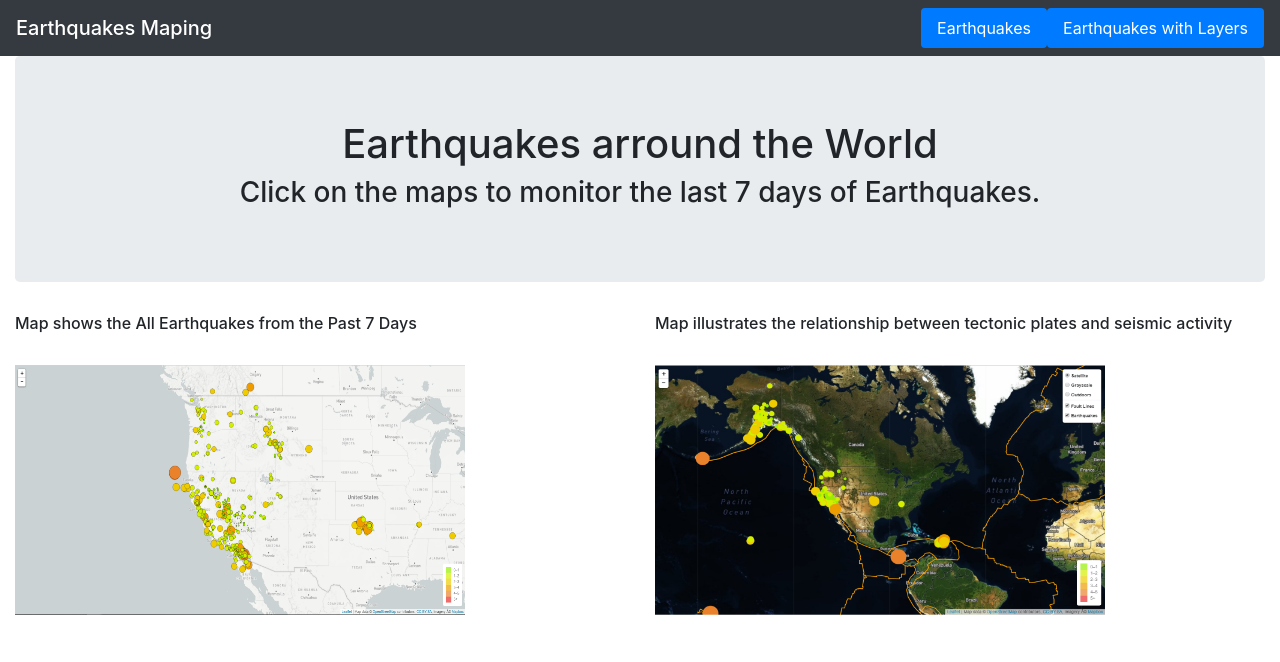
Repository: ermiasgelaye/leaflet-challenge
Page: index.html
The author's editor kept a copy of each file at every save. The page is drawn from the files as they stood at one save, then again after a run of saves.
The browser window is 1280 px wide. The pictures show the whole page.

Above is the page before, as saved 2020-09-18 21:46:04.

### index.html
<!DOCTYPE html>
<html lang="en">

<head>
    <meta charset="UTF-8" />
    <meta name="viewport" content="width=device-width, initial-scale=1.0" />
    <meta http-equiv="X-UA-Compatible" content="ie=edge" />
    <title>Earthquakes Challenge</title>
    <link rel="stylesheet" href="https://stackpath.bootstrapcdn.com/bootstrap/4.3.1/css/bootstrap.min.css" integrity="sha384-ggOyR0iXCbMQv3Xipma34MD+dH/1fQ784/j6cY/iJTQUOhcWr7x9JvoRxT2MZw1T" crossorigin="anonymous" />

    <!-- jQuery library -->
    <script src="https://ajax.googleapis.com/ajax/libs/jquery/3.4.1/jquery.min.js"></script>

    <!-- Latest compiled JavaScript -->
    <script src="https://maxcdn.bootstrapcdn.com/bootstrap/4.3.1/js/bootstrap.min.js"></script>
</head>

<body>
    <nav class="navbar navbar-dark bg-dark size_hide">
        <a href="index.html"><span class="navbar-brand mb-0 h1 back_color"
          >Earthquakes Maping</span
        ></a
      >

      <ul class="nav nav-pills">
        <li class="nav-item">
          <a class="nav-link active" href="Leaflet-Step-1/step-1.html"
            >Earthquakes</a
          >
        </li>
          <br>
        <li class="nav-item">
          <a class="nav-link active" href="Leaflet-Step-2/step-2.html"
            >Earthquakes with Layers</a
          >
        </li>
      </ul>
    </nav>
    <div class="container-fluid">
      <div class="jumbotron text-center">
        <h1>Earthquakes arround the World</h1>
        <h3>
          Click on the maps to monitor the last 7 days of Earthquakes.
        </h3>
      </div>
      <div class="row">
        <div class="col-lg-6">
          <h6>Map shows the All Earthquakes from the Past 7 Days</h6>
          <br />
          <a href="Leaflet-Step-1/step-1.html"
            ><img
              src="images/2-BasicMap.png"
              alt="Mapping without Layers"
              width="450"
              height="250"
          /></a>
        </div>
        <div class="col-lg-6">
            <h6>
                Map illustrates the relationship between tectonic plates and seismic activity
            </h6>
            <br />
            <a href="Leaflet-Step-2/step-2.html">
                <img src="images/5-Advanced.png" alt="Mapping with Layers" width="450" height="250" /></a>
        </div>
        </div>
        </div>
</body>

</html>

After the next 2 saves:
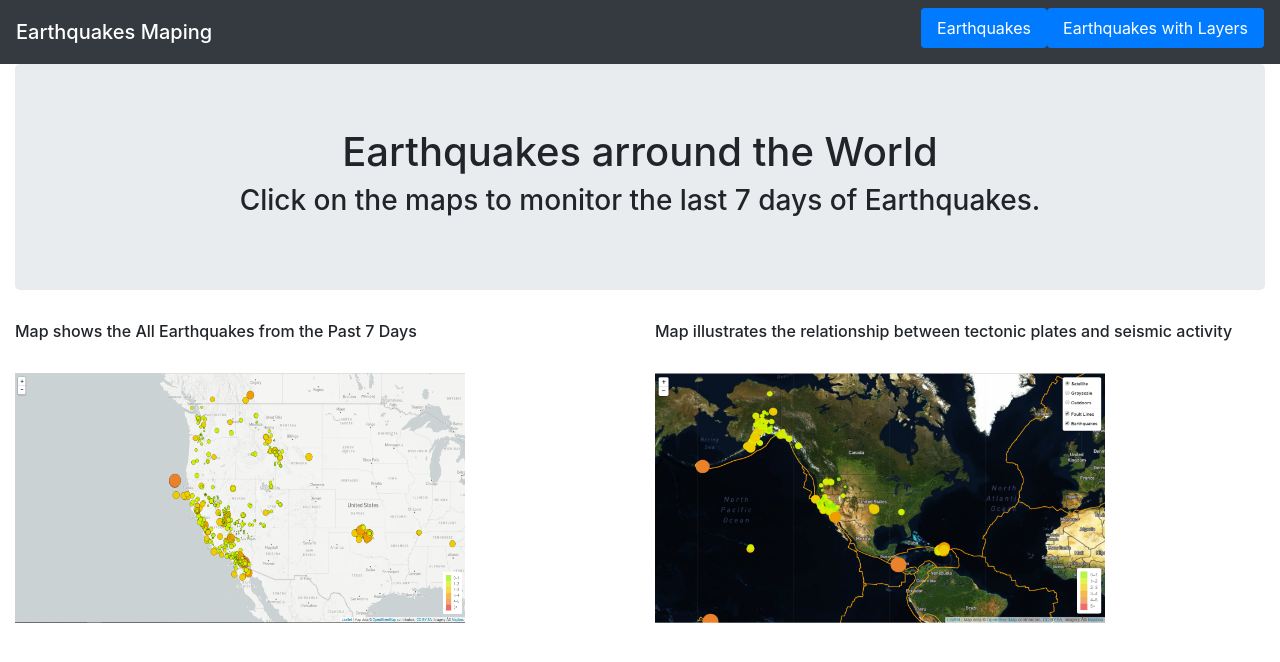
The 2 saves are shown as one change because they came seconds apart.
The last was saved 7 s later.
--- a/index.html
+++ b/index.html
@@ -28,7 +28,8 @@
             >Earthquakes</a
           >
         </li>
-          <br>
+            <br>
+            <br>
         <li class="nav-item">
           <a class="nav-link active" href="Leaflet-Step-2/step-2.html"
             >Earthquakes with Layers</a

After the save that followed:
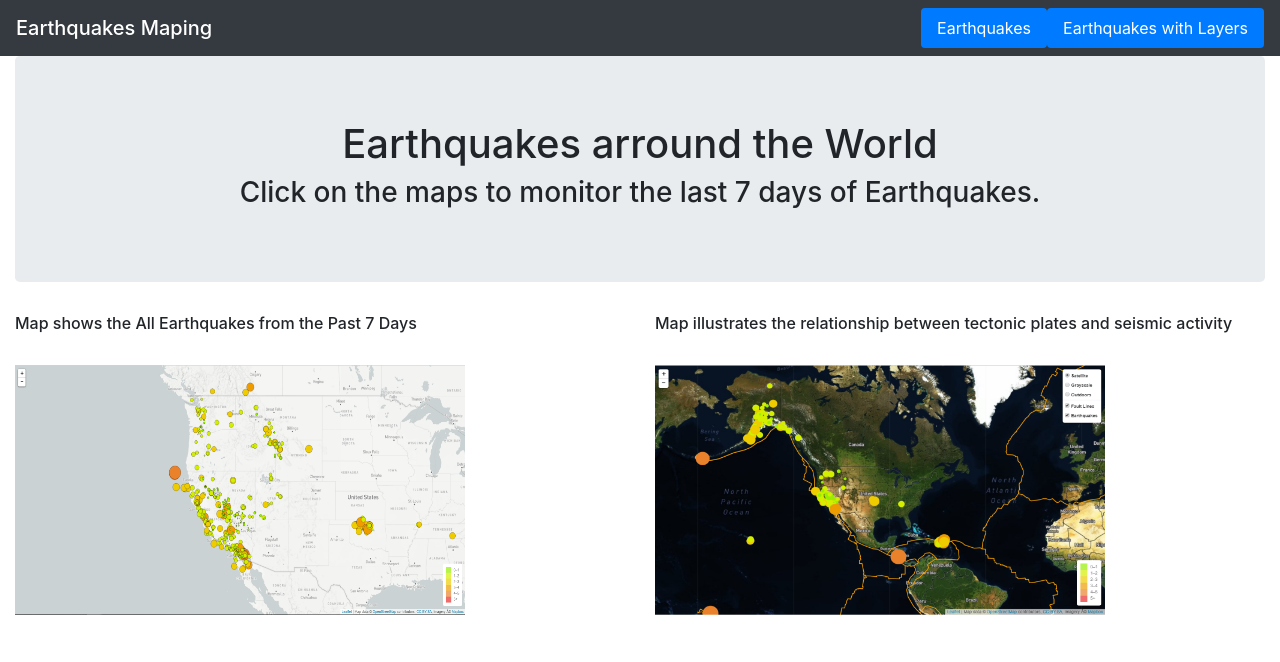
Saved 11 s later.
--- a/index.html
+++ b/index.html
@@ -28,8 +28,7 @@
             >Earthquakes</a
           >
         </li>
-            <br>
-            <br>
+
         <li class="nav-item">
           <a class="nav-link active" href="Leaflet-Step-2/step-2.html"
             >Earthquakes with Layers</a
